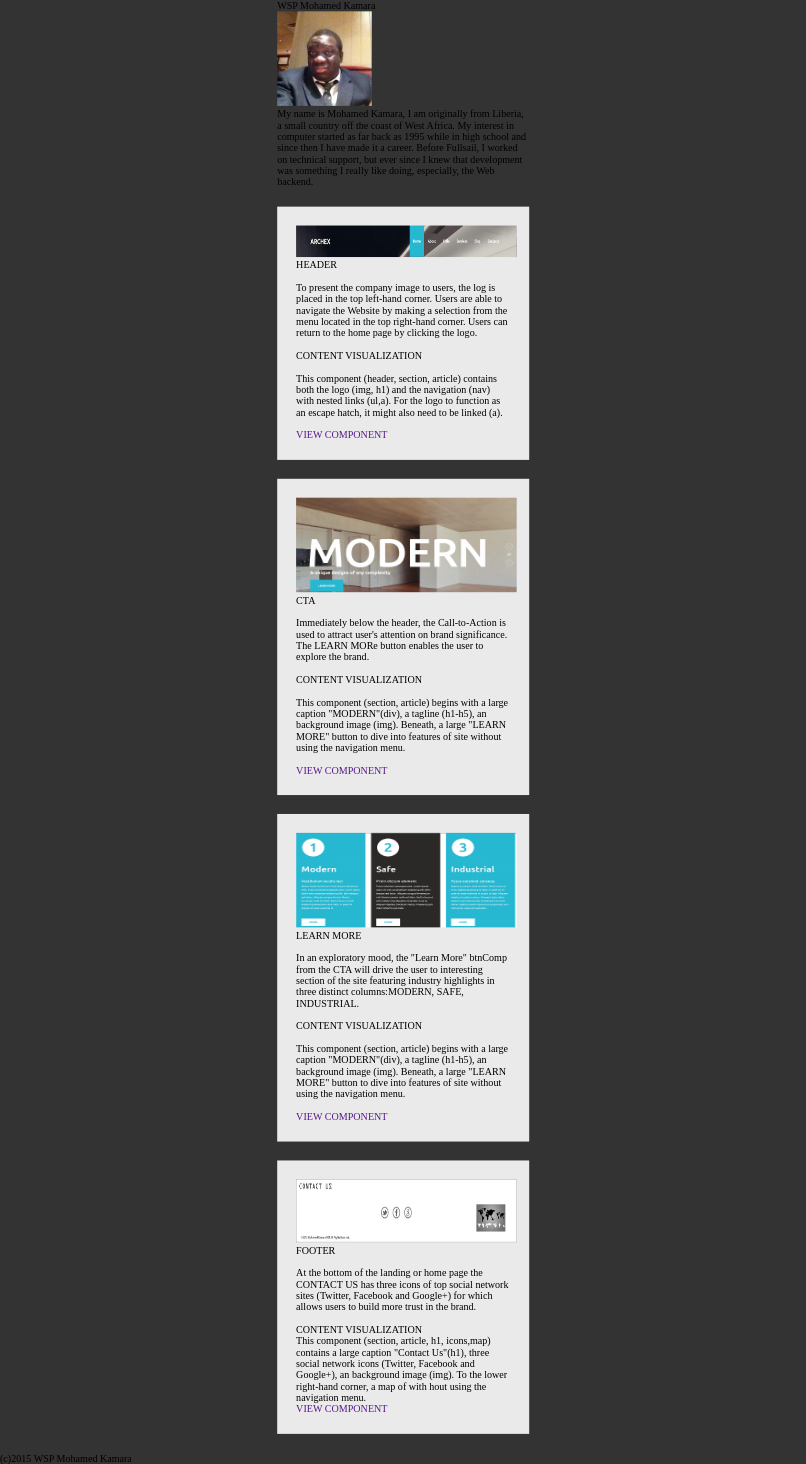
Repository: makamara/WSP_Project
Page: wsp/index.html
These files come from the project's save history. The page is drawn as it stood at one moment and after the next save; the edit follows.
The browser window is 1280 px wide. The pictures show the whole page, at 63% of full size.

Above is the page before, as saved 2015-09-15 18:02:08.

### wsp/index.html
<!DOCTYPE html>
<html>
<head>
	<title>WSP: Mohamed Kamara</title>
	<link rel="stylesheet" type="text/css" href="css/reset.css" />
	<link rel="stylesheet" type="text/css" href="css/main.css" />
</head>
<body>


	<!-- Header -->
	<header>

	</header>

	<!-- About -->
	<section>
		<h1>WSP Mohamed Kamara</h1>
		<div class="image">
			<img src="images/art_pix.jpg" alt="Mohamed Kamara" width="150" height="150" />
			<p>My name is Mohamed Kamara, I am originally from Liberia, a small country off the coast of West Africa. My interest in computer
		started as far back as 1995 while in high school and since then I have made it a career. Before Fullsail, I worked on technical
		support, but ever since I knew that development was something I really like doing, especially, the Web backend.
		</p>
		</div>

	</section>

	<!-- Blog, Components -->
	<section>
		<!-- Header section -->
		<article>

			<img src="images/header.png" alt="Header Section" width="350" height="50" />
			<h1>HEADER</h1><br />
			<p>To present the company image to users, the log is placed in the top left-hand corner. Users are able to navigate the Website
			by making a selection from the menu located in the top right-hand corner. Users can return to the home page by clicking the logo.
			</p><br />
			<h3>CONTENT VISUALIZATION</h3><br />

			<p>This component (header, section, article) contains both the logo (img, h1) and the navigation (nav) with nested links (ul,a).
			For the logo to function as an escape hatch, it might also need to be linked (a).
			</p><br />
			<p><a href="" class="btnComp">VIEW COMPONENT</a></p>
		</article>
		<!-- CTA section -->
		<article>
			<img src="images/cta.jpg" alt="CTA" width="350" height="150" />
			<h1>CTA</h1><br />
			<p>Immediately below the header, the Call-to-Action is used to attract user's attention on brand significance.
				The <strong>LEARN MORe</strong> button enables the user to explore the brand.
			</p><br />
			<h3>CONTENT VISUALIZATION</h3><br />
			<p>This component (section, article) begins with a large caption "MODERN"(div), a tagline (h1-h5), an background image (img).
			Beneath, a large "LEARN MORE" button to dive into features of site without using the navigation menu.
			</p><br />
			<p><a href="" class="btnComp">VIEW COMPONENT</a></p>
		</article>
	<!-- LEARN MORE section -->
		<article>
			<img src="images/learnmore.jpg" alt="Learn More" width="350" height="150" />
			<h1>LEARN MORE</h1><br />
			<p>In an exploratory mood, the "Learn More" btnComp from the CTA will drive the user to interesting section of the site featuring
			industry highlights in three distinct columns:MODERN, SAFE, INDUSTRIAL.

			</p><br />
			<h3>CONTENT VISUALIZATION</h3><br />
			<p>This component (section, article) begins with a large caption "MODERN"(div), a tagline (h1-h5), an background image (img).
			Beneath, a large "LEARN MORE" button to dive into features of site without using the navigation menu.
			</p><br />
			<p><a href="" class="btnComp">VIEW COMPONENT</a></p>
		</article>
		<!-- FOOTER section -->
		<article>
			<img src="images/footer.jpg" alt="Footer" width="350" height="100" />
			<h1>FOOTER</h1><br />
			<p>At the bottom of the landing or home page the CONTACT US has three icons of top social network sites (Twitter, Facebook and Google+) for
			which allows users to build more trust in the brand.

			</p><br />
			<h3>CONTENT VISUALIZATION</h3>
			<p>This component (section, article, h1, icons,map) contains a large caption "Contact Us"(h1), three social network icons (Twitter, Facebook and Google+),
				 an background image (img). To the lower right-hand corner, a map of with hout using the navigation menu.
			</p>
			<p><a href="" class="btnComp">VIEW COMPONENT</a></p>
		</article>
	</section>
<footer>(c)2015 WSP Mohamed Kamara</footer>
</body>
</html>

### wsp/css/reset.css
/* CSS RESET
====================================================================================================
====================================================================================================
*/



html, body, div, main, span, applet, object, iframe,
h1, h2, h3, h4, h5, h6, p, blockquote, pre,
a, abbr, acronym, address, big, cite, code,
del, dfn, em, img, ins, kbd, q, s, samp,
small, strike, strong, sub, sup, tt, var,
b, u, i, center,
dl, dt, dd, ol, ul, li,
fieldset, form, label, legend, input, textarea,
table, caption, tbody, tfoot, thead, tr, th, td,
article, aside, canvas, details, embed,
figure, figcaption, footer, header, hgroup,
menu, nav, output, ruby, section, summary,
time, mark, audio, video,
::before, ::after {

	margin: 0; padding: 0;
	border: 0;
	font-size: 100%;
	font: inherit;
	vertical-align: baseline;
	text-decoration: none;

	box-sizing: border-box;

}

// HTML5 - Older browser support
// ======================================================================
article, aside, details, figcaption, figure,
footer, header, hgroup, menu, nav, section {
	display: block;
}


// BODY
// ======================================================================
body { line-height: 1; }


// LISTS - Clear bullets
// ======================================================================
ol, ul { list-style: none; }


// QUOTES
// ======================================================================
blockquote, q { quotes: none; }
blockquote:before, blockquote:after,
q:before, q:after {
	content: '';
	content: none;
}

// TABLES
// ======================================================================
table {
	border-collapse: collapse;
	border-spacing: 0;
}

### wsp/css/main.css
/* Project CSS
============================================================
============================================================*/
body {
    background: #333333;
}

header, section {
    width: 400px;
    margin: 0 auto;
}


/* HEADER ============================== */

/* ABOUT ============================== */

/* COMPONENTS ============================== */
article {
    background: #eaeaea;
    padding: 30px;
    margin: 30px 0;
}

.Button {
	-moz-box-shadow: 0px 10px 14px -7px #3e7327;
	-webkit-box-shadow: 0px 10px 14px -7px #3e7327;
	box-shadow: 0px 10px 14px -7px #3e7327;
	background:-webkit-gradient(linear, left top, left bottom, color-stop(0.05, #77b55a), color-stop(1, #72b352));
	background-color:#77b55a;
	-moz-border-radius:4px;
	-webkit-border-radius:4px;
	border-radius:4px;
	border:1px solid #4b8f29;
	display:inline-block;
	cursor:pointer;
	color:#ffffff;
	font-family:Arial;
	font-size:13px;
	font-weight:bold;
	padding:6px 12px;
	text-decoration:none;
	text-shadow:0px 1px 0px #5b8a3c;
}
.Button:hover {
	background:-webkit-gradient(linear, left top, left bottom, color-stop(0.05, #72b352), color-stop(1, #77b55a));
	background-color:#72b352;
}
.Button:active {
	position:relative;
	top:1px;
}

After the next save:
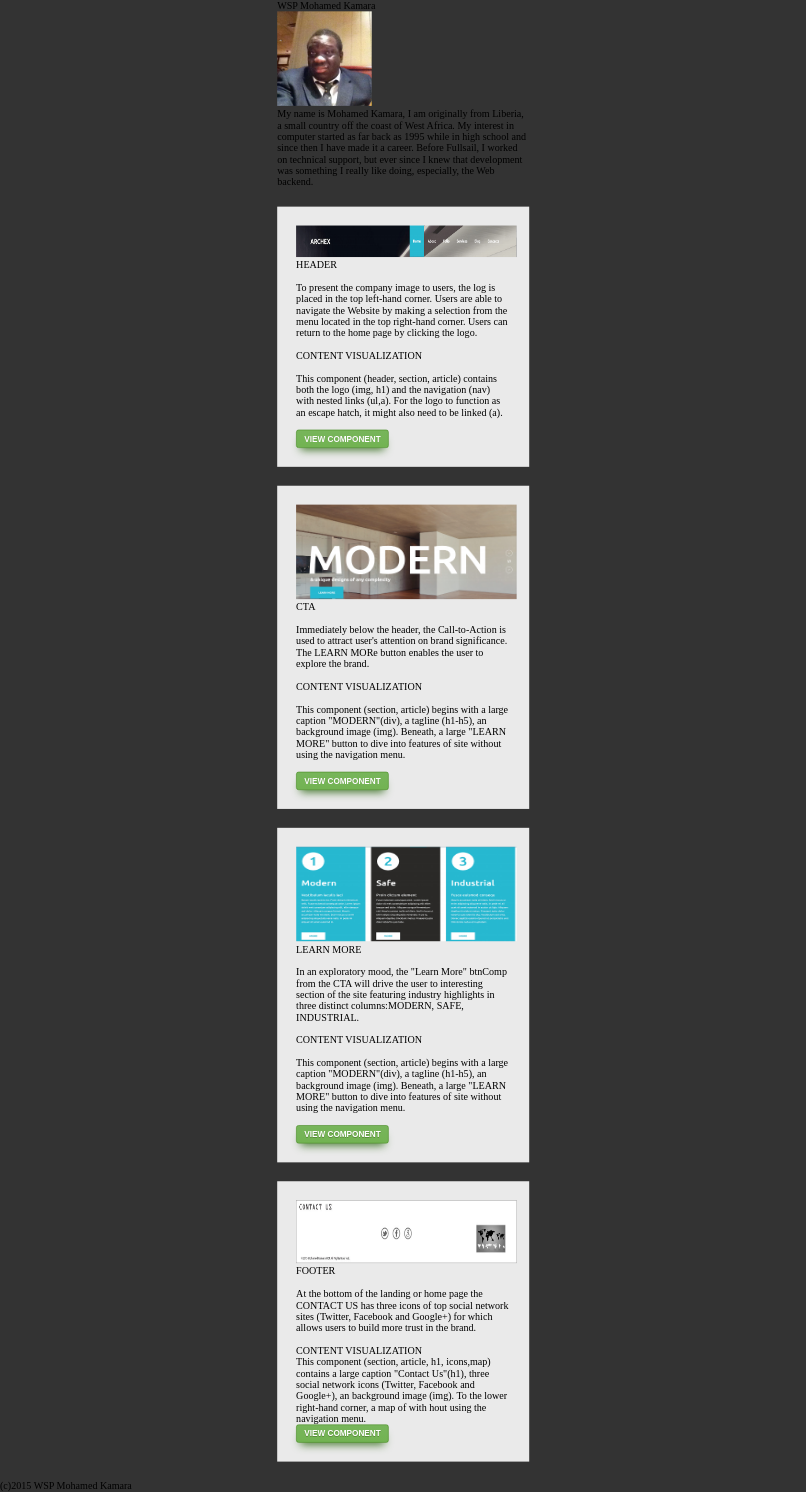
Saved 79 s later.
--- a/wsp/css/main.css
+++ b/wsp/css/main.css
@@ -22,7 +22,8 @@ article {
     margin: 30px 0;
 }
 
-.Button {
+/* View Component button ============================== */
+.btnComp {
 	-moz-box-shadow: 0px 10px 14px -7px #3e7327;
 	-webkit-box-shadow: 0px 10px 14px -7px #3e7327;
 	box-shadow: 0px 10px 14px -7px #3e7327;
@@ -42,11 +43,11 @@ article {
 	text-decoration:none;
 	text-shadow:0px 1px 0px #5b8a3c;
 }
-.Button:hover {
+.btnComp:hover {
 	background:-webkit-gradient(linear, left top, left bottom, color-stop(0.05, #72b352), color-stop(1, #77b55a));
 	background-color:#72b352;
 }
-.Button:active {
+.btnComp:active {
 	position:relative;
 	top:1px;
 }
